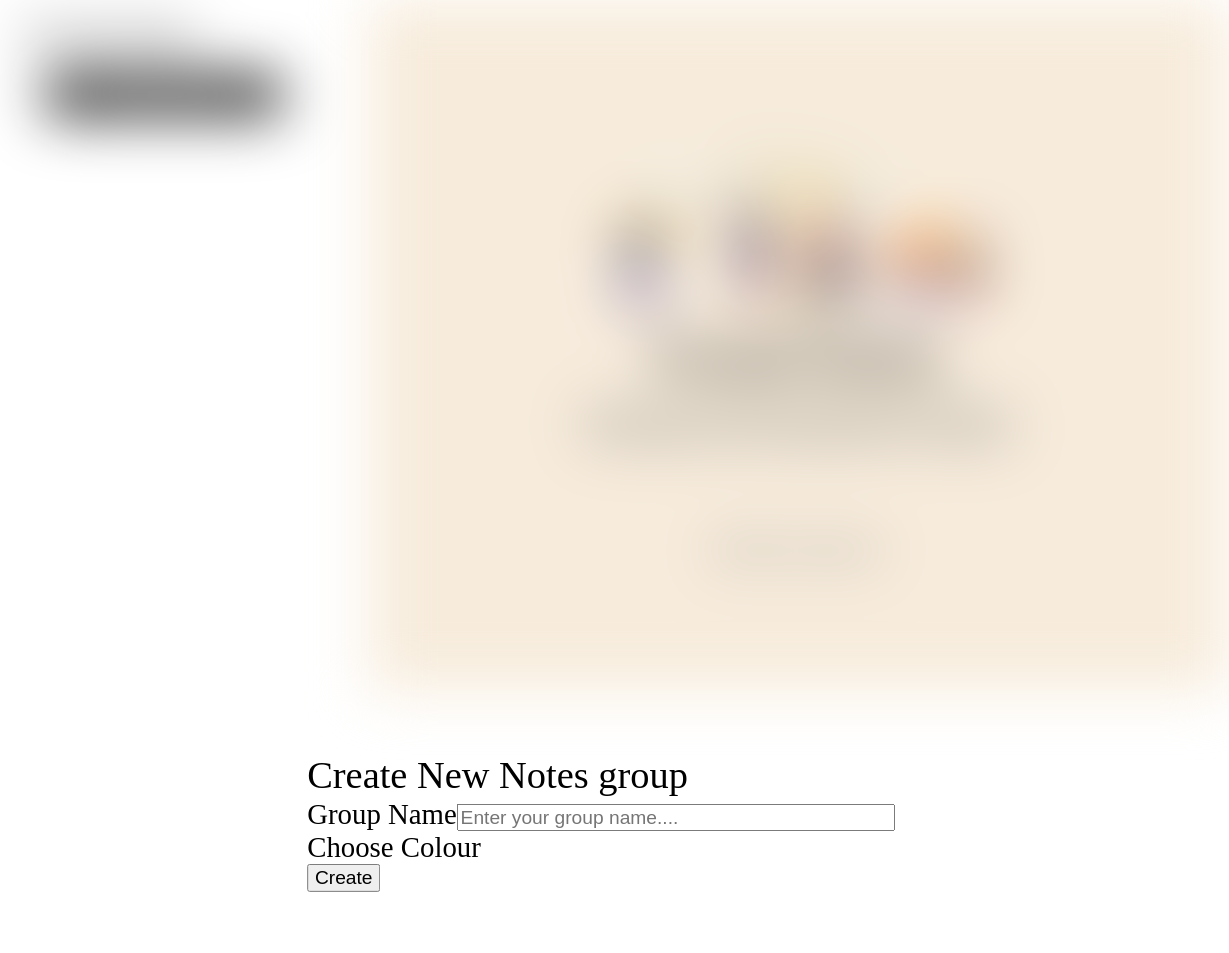
Repository: aparna129/NotesApp
Page: /, after clicking the first element matching `button.btn`
The author's editor kept a copy of each file at every save. The page is drawn from the files as they stood at one save, then again after a run of saves.
The browser window is 1280 px wide. The pictures show the whole page, at 96% of full size.
The project was rebuilt for these pictures with package versions that can differ from the ones it lists, and the page was loaded fresh each time.

Above is the page before, as saved 2023-11-08 22:10:43.

### src/App.js
import React from "react";
import Notes from "./Notes";
function App() {
  return (
    <div>
      <Notes />
    </div>
  );
}

export default App;

### src/Notes.js
import React, { useState, useEffect } from "react";
import "./Notes.css";
import centerimage from "./images/centerimage.png";
import Vector from "./images/Vector.png";
import enterbtn from "./images/enterbtn.png";

function formatDateTime(dateTime) {
  const options = {
    hour: "2-digit",
    minute: "2-digit",
    day: "numeric",
    month: "long",
    year: "numeric",
  };
  return new Date(dateTime).toLocaleString(undefined, options);
}

function Notes() {
  const [createnotes, setCreatenotes] = useState(false);
  const handleCreateNotes = (e) => {
    e.preventDefault();
    setCreatenotes(!createnotes);
  };

  const [groups, setGroups] = useState([]);
  const [groupName, setGroupName] = useState("");
  const [groupColor, setGroupColor] = useState("");
  const [noteText, setNoteText] = useState("");

  useEffect(() => {
    const storedGroups = JSON.parse(localStorage.getItem("groups"));
    if (storedGroups) {
      setGroups(storedGroups);
    }
  }, []);

  useEffect(() => {
    localStorage.setItem("groups", JSON.stringify(groups));
  }, [groups]);

  const handleGroupNameChange = (e) => {
    setGroupName(e.target.value);
  };

  const createGroup = () => {
    setCreatenotes(!createnotes);
    if (groupName && groupColor) {
      const newGroup = {
        name: groupName,
        color: groupColor,
        notes: [],
      };
      setGroups([...groups, newGroup]);
      setGroupName("");
      setGroupColor("");
    }
  };

  const handleNoteTextChange = (e) => {
    setNoteText(e.target.value);
  };

  const addNote = (groupIndex) => {
    if (noteText) {
      const updatedGroups = [...groups];
      updatedGroups[groupIndex].notes.push({
        text: noteText,
        date: formatDateTime(new Date()),
      });
      setGroups(updatedGroups);
      setNoteText("");
    }
  };

  const handlecolorclick = (color) => {
    setGroupColor(color);
  };

  return (
    <div>
      <div>
        <div
          className="body"
          style={{
            filter: createnotes ? "blur(30px)" : "none",
            minHeight: "80vh",
          }}
        >
          <div className="leftside">
            <p className="left-heading">Pocket Notes</p>
            <button className="btn" onClick={handleCreateNotes}>
              + Create Notes group
            </button>
            {groups.map((group, index) => (
              <div>
                <p className="notes-name-with-icon">
                  <p
                    style={{
                      height: "48px",
                      width: "48px",
                      borderRadius: "100px",
                      backgroundColor: group.color,
                      color: "white",
                      fontSize: "25px",
                      fontFamily: "Roboto",
                      fontWeight: "400",
                      marginTop: "1px",
                      marginLeft: "50px",
                    }}
                    className="icon"
                  >
                    <p className="icon-txt">{group.name.slice(0, 2)}</p>
                  </p>
                  <p className="note-names">{group.name}</p>
                </p>
                <div>
                  <p className="titleofnote"></p>
                  <p className="notes-storing-area"></p>
                  <p className="lastbox">
                    <input
                      className="notes-input"
                      type="text"
                      placeholder="Enter your text here..........."
                      value={noteText}
                      onChange={handleNoteTextChange}
                    ></input>
                    <img
                      style={{ marginLeft: "-35px", marginTop: "50px" }}
                      src={enterbtn}
                      onClick={() => addNote(index)}
                      height="20px"
                      width="20px"
                    ></img>
                  </p>
                </div>
                <ul>
                  {group.notes.map((note, noteIndex) => (
                    <li key={noteIndex}>
                      {note.text} - {note.date}
                    </li>
                  ))}
                </ul>
              </div>
            ))}
          </div>

          <div className="rightside">
            <img src={centerimage} className="centerimg"></img>
            <p className="pocket-notes"> Pocket Notes</p>
            <p className="text1">
              Send and receive messages without keeping your phone online.
            </p>
            <p className="text2">
              {" "}
              Use Pocket Notes on up to 4 linked devices and 1 mobile phone
            </p>
            <p className="text3">
              {" "}
              <img src={Vector} height="13px" width="13px"></img> end-to-end
              encrypted
            </p>
          </div>
        </div>

        {createnotes && (
          <div className="box">
            <p className="boxtext1">Create New Notes group</p>

            <p className="boxtext2">
              Group Name
              <input
                className="input"
                type="text"
                placeholder="Enter your group name...."
                value={groupName}
                onChange={handleGroupNameChange}
              ></input>
            </p>

            <p className="boxtext3">
              Choose Colour
              <div className="circles">
                <p
                  onClick={() => handlecolorclick("#b38bfa")}
                  className="circle1"
                ></p>
                <p
                  onClick={() => handlecolorclick("#ff79f2")}
                  className="circle2"
                ></p>{" "}
                <p
                  onClick={() => handlecolorclick("#43e6fc")}
                  className="circle3"
                ></p>
                <p
                  onClick={() => handlecolorclick("#f19576")}
                  className="circle4"
                ></p>{" "}
                <p
                  onClick={() => handlecolorclick("#0047ff")}
                  className="circle5"
                ></p>
                <p
                  onClick={() => handlecolorclick("#6691ff")}
                  className="circle6"
                ></p>
              </div>
            </p>

            <p className="btn2">
              <button onClick={createGroup} className="boxcreatebutton">
                Create
              </button>
            </p>
          </div>
        )}
      </div>
    </div>
  );
}

export default Notes;

### src/Notes.css
@import url("https://fonts.googleapis.com/css2?family=Roboto&display=swap");
* {
  margin: 0;
}
.body {
  display: flex;
}
.leftside {
  height: 100%;
  min-height: 100vh;
  width: 600px;
  overflow: auto;
}
.left-heading {
  margin-left: 25px;
  margin-top: 20px;
  font-weight: 500;
  font-size: 30px;
  font-family: "Roboto", sans-serif;
}
.btn {
  background-color: black;
  color: white;
  border-radius: 50px;
  padding: 2% 3%;
  width: 70%;
  margin-top: 25px;
  margin-left: 45px;
  margin-bottom: 20px;
  font-family: "Roboto", sans-serif;
  font-size: 18px;
  font-weight: 500;
}
.rightside {
  background-color: #f7ecdc;
  margin-left: 25px;
  height: 100%;
  min-height: 100vh;
  width: 1500px;
  overflow: hidden;
}
.centerimg {
  height: 40%;
  width: 50%;
  margin: 15% 25%;
}
.pocket-notes {
  text-align: center;
  margin-top: -17%;
  font-weight: 400;
  font-size: 50px;
  font-family: "Roboto", sans-serif;
}
.text1 {
  text-align: center;
  margin-top: 2%;
  font-family: "Roboto", sans-serif;
}
.text2 {
  text-align: center;
  margin-top: 0.5%;
  font-family: "Roboto", sans-serif;
}
.text3 {
  text-align: center;
  margin-top: 100px;
  margin-bottom: 1%;
  font-family: "Roboto", sans-serif;
}

.box {
  margin: 10% auto;
  height: 80%;
  width: 90%;
}

/* Desktop styles */
@media (min-width: 768px) {
  .box {
    margin: 5% auto;
    height: 70%;
    width: 50%;
  }
  .boxtext1 {
    font-size: 40px;
  }
  .boxtext2, .boxtext3 {
    font-size: 30px;
  }
  .input {
    width: 70%;
    font-size: 20px;
  }
  .circle1, .circle2, .circle3, .circle4, .circle5, .circle6 {
    height: 50px;
    width: 50px;
    margin-top: -50px;
  }
  .boxcreatebutton {
    font-size: 20px;
  }
}

.notes-style {
  overflow: auto;
}
.notes-name-with-icon {
  display: flex;
  margin-bottom: 15px;
}
.note-names {
  font-size: 25px;
  font-family: "Roboto", sans-serif;
  font-weight: 400;
  margin-top: 10px;
  margin-left: 20px;
}

.icon-txt {
  padding-left: 8px;
  padding-top: 9px;
  font-family: "Roboto", sans-serif;
  text-transform: uppercase;
}
.titleofnote {
  height: 60px;
  width: 900px;
  background-color: #e8e8e8;
}
.notes-storing-area {
  height: 400px;
  width: 900px;
  background-color: #f7ecdc;
}
.lastbox {
  background-color: #e8e8e8;
  height: 180px;
  width: 900px;
}
.notes-input {
  background-color: white;
  height: 120px;
  width: 830px;
  margin-left: 28px;
  margin-top: 35px;
  border: none;
  border-radius: 15px;
  color: #9a9a9a;
  font-size: 20px;
  font-family: "Roboto", sans-serif;
  padding-left: 15px;
  padding-top: -20px;
}

Loaded but not shown: public/index.html (common file); src/index.js (common file)

After the next 2 saves:
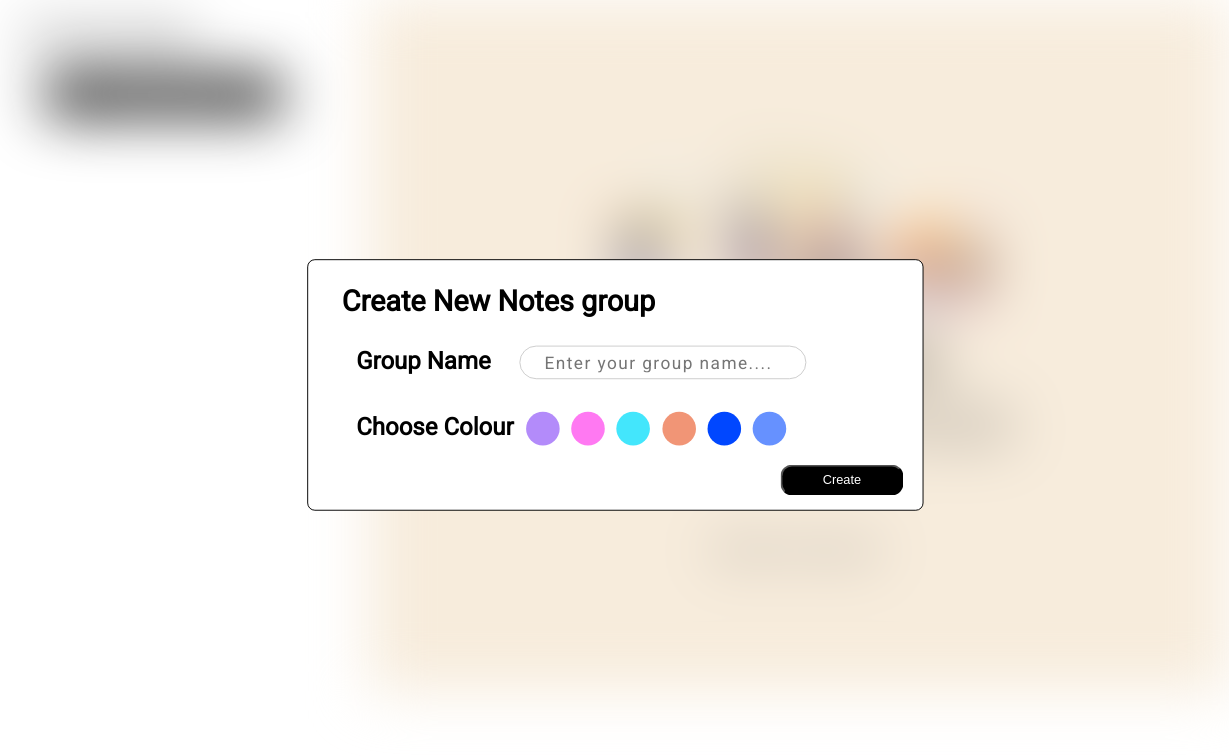
The 2 saves are shown as one change because they came seconds apart.
The last was saved 4 s later.
--- a/src/Notes.css
+++ b/src/Notes.css
@@ -67,40 +67,116 @@
   margin-bottom: 1%;
   font-family: "Roboto", sans-serif;
 }
-
 .box {
-  margin: 10% auto;
-  height: 80%;
-  width: 90%;
-}
-
-/* Desktop styles */
-@media (min-width: 768px) {
-  .box {
-    margin: 5% auto;
-    height: 70%;
-    width: 50%;
-  }
-  .boxtext1 {
-    font-size: 40px;
-  }
-  .boxtext2, .boxtext3 {
-    font-size: 30px;
-  }
-  .input {
-    width: 70%;
-    font-size: 20px;
-  }
-  .circle1, .circle2, .circle3, .circle4, .circle5, .circle6 {
-    height: 50px;
-    width: 50px;
-    margin-top: -50px;
-  }
-  .boxcreatebutton {
-    font-size: 20px;
-  }
-}
-
+  margin-left: 25%;
+  margin-top: -450px;
+  margin-right: 200px;
+  margin-bottom: 20%;
+  height: 60%;
+  width: 50%;
+  background-color: white;
+  position: relative;
+  border-radius: 8px;
+  border: 1px solid black;
+  overflow: auto;
+}
+.boxtext1 {
+  margin-left: 35px;
+  margin-top: 25px;
+  font-family: "Roboto", sans-serif;
+  font-size: 30px;
+  font-weight: bold;
+}
+.boxtext2 {
+  margin-left: 50px;
+  margin-top: 30px;
+  font-family: "Roboto", sans-serif;
+  font-size: 25px;
+  font-weight: bold;
+}
+.input {
+  margin-left: 30px;
+  margin-top: -30px;
+  border-radius: 25px;
+  width: 45%;
+  padding: 1%;
+  padding-left: 25px;
+  letter-spacing: 1.5px;
+  font-size: 18px;
+  font-family: "Roboto", sans-serif;
+  border: 1px solid #cccccc;
+}
+.boxtext3 {
+  margin-left: 50px;
+  margin-top: 35px;
+  font-family: "Roboto", sans-serif;
+  font-size: 25px;
+  font-weight: bold;
+}
+.circles {
+  display: inline;
+}
+.circle1 {
+  height: 35px;
+  width: 35px;
+  border-radius: 100px;
+  background-color: #b38bfa;
+  margin-left: 30%;
+  margin-top: -30px;
+}
+.circle2 {
+  height: 35px;
+  width: 35px;
+  border-radius: 100px;
+  background-color: #ff79f2;
+  margin-left: 38%;
+  margin-top: -35px;
+}
+.circle3 {
+  height: 35px;
+  width: 35px;
+  border-radius: 100px;
+  background-color: #43e6fc;
+  margin-left: 46%;
+  margin-top: -35px;
+}
+.circle4 {
+  height: 35px;
+  width: 35px;
+  border-radius: 100px;
+  background-color: #f19576;
+  margin-left: 54%;
+  margin-top: -35px;
+}
+.circle5 {
+  height: 35px;
+  width: 35px;
+  border-radius: 100px;
+  background-color: #0047ff;
+  margin-left: 62%;
+  margin-top: -35px;
+}
+.circle6 {
+  height: 35px;
+  width: 35px;
+  border-radius: 100px;
+  background-color: #6691ff;
+  margin-left: 70%;
+  margin-top: -35px;
+}
+.btn2 {
+  text-align: right;
+}
+.boxcreatebutton {
+  width: 20%;
+  padding: 1% 1%;
+  margin-top: 20px;
+  margin-right: 20px;
+  margin-bottom: 15px;
+  border-radius: 12px;
+  background-color: black;
+  color: white;
+}
 .notes-style {
   overflow: auto;
 }
